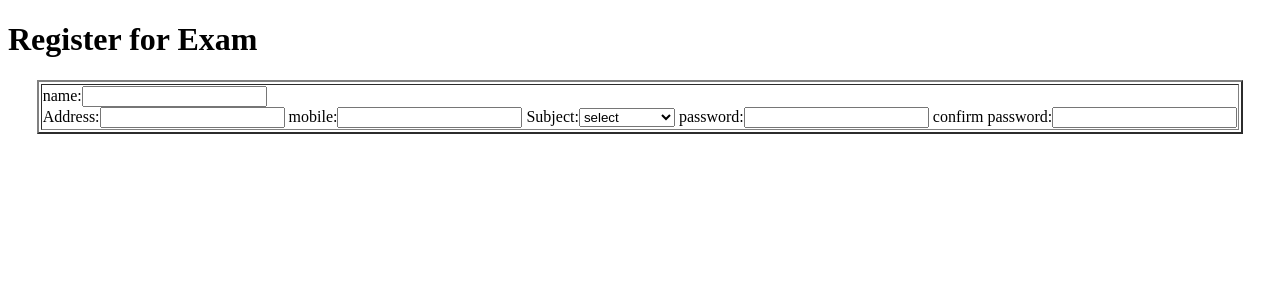
Repository: ravikumar0303/Advance-Java
Page: Assignment/OnlineExam/register.html
These files come from the project's save history. The page is drawn as it stood at one moment and after the next save; the edit follows.
The browser window is 1280 px wide. The pictures show the whole page.

Above is the page before, as saved 2023-06-23 03:47:10.

### Assignment/OnlineExam/register.html
<!DOCTYPE html>
<html>
<head>
<meta charset="ISO-8859-1">
<title>online exam</title>
<h1>Register for Exam</h1>
</head>
<center>

<body>

 <form><table border="2px">
 <td>
     name:<input type="text" id="n1"></input>
     <br>

     Address:<input type="text" id="a1"></input>
     mobile:<input type="text" id="m1"></input>
    Subject:<select>
     <option>select</option>
     <option value="cop">COP</option>
     <option value="os">OS</option>
     <option value="dbt">DBT</option>
     <option value="wpt">WPT</option>
     <option value="corejava">CORE JAVA</option>

     </select>
      password:<input type="text" id="p1"></input>
     confirm password:<input type="text" id="c1"></input></td>
  </table></form>

</body>

</center>

</html>

After the next save:
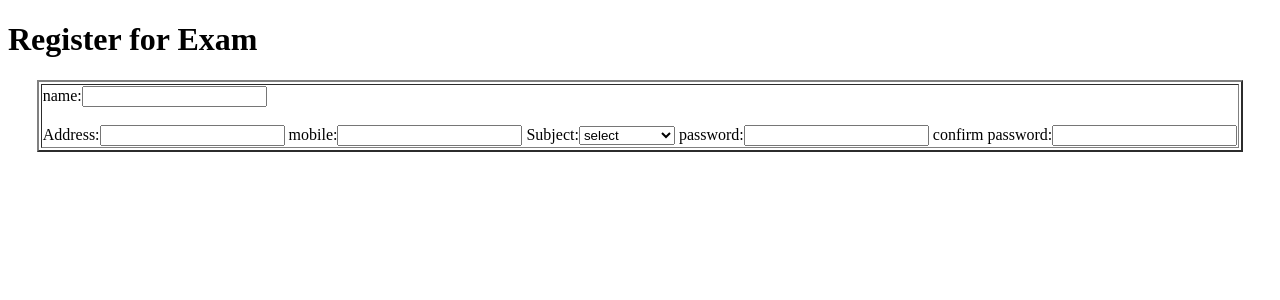
Saved 12 s later.
--- a/Assignment/OnlineExam/register.html
+++ b/Assignment/OnlineExam/register.html
@@ -12,8 +12,7 @@
  <form><table border="2px">
  <td>
      name:<input type="text" id="n1"></input>
-     <br>
-
+     <br></br>
      Address:<input type="text" id="a1"></input>
      mobile:<input type="text" id="m1"></input>
     Subject:<select>
